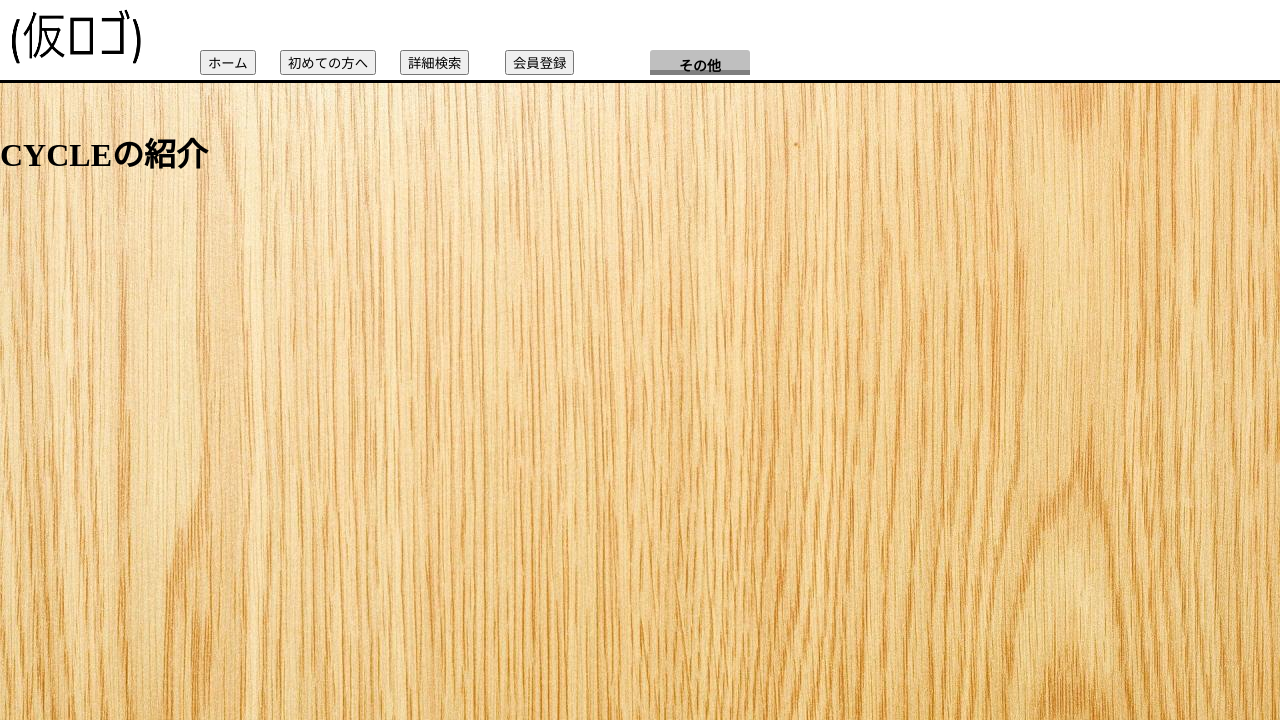
Repository: k0816/backup-master
Page: http://localhost/cycle/ToNewUserAction
These files come from the project's save history. The page is drawn as it stood at one moment and after the next save; the edit follows.
The browser window is 1280 px wide. The pictures show the whole page.
The page is served by Tomcat 9.

Above is the page before, as saved 2018-01-19 04:39:52.

After the next save:
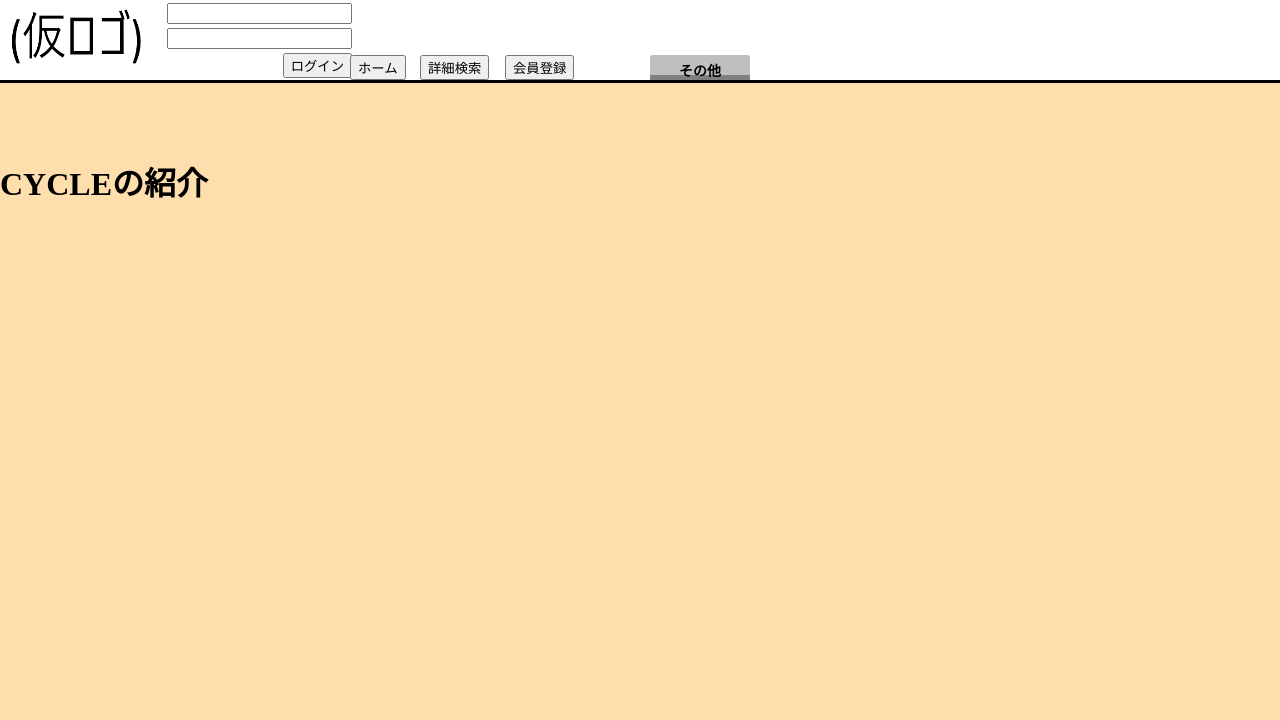
Saved 57 min 52 s later.
--- a/cycle/WebContent/toNewUser.jsp
+++ b/cycle/WebContent/toNewUser.jsp
@@ -20,7 +20,7 @@
 
 <body>
 
-<jsp:include page="/includeHeader.jsp" flush="true" />
+<jsp:include page="/include.jsp" flush="true" />
 	<br>
 	<br>
 	<h1>CYCLEの紹介</h1>
